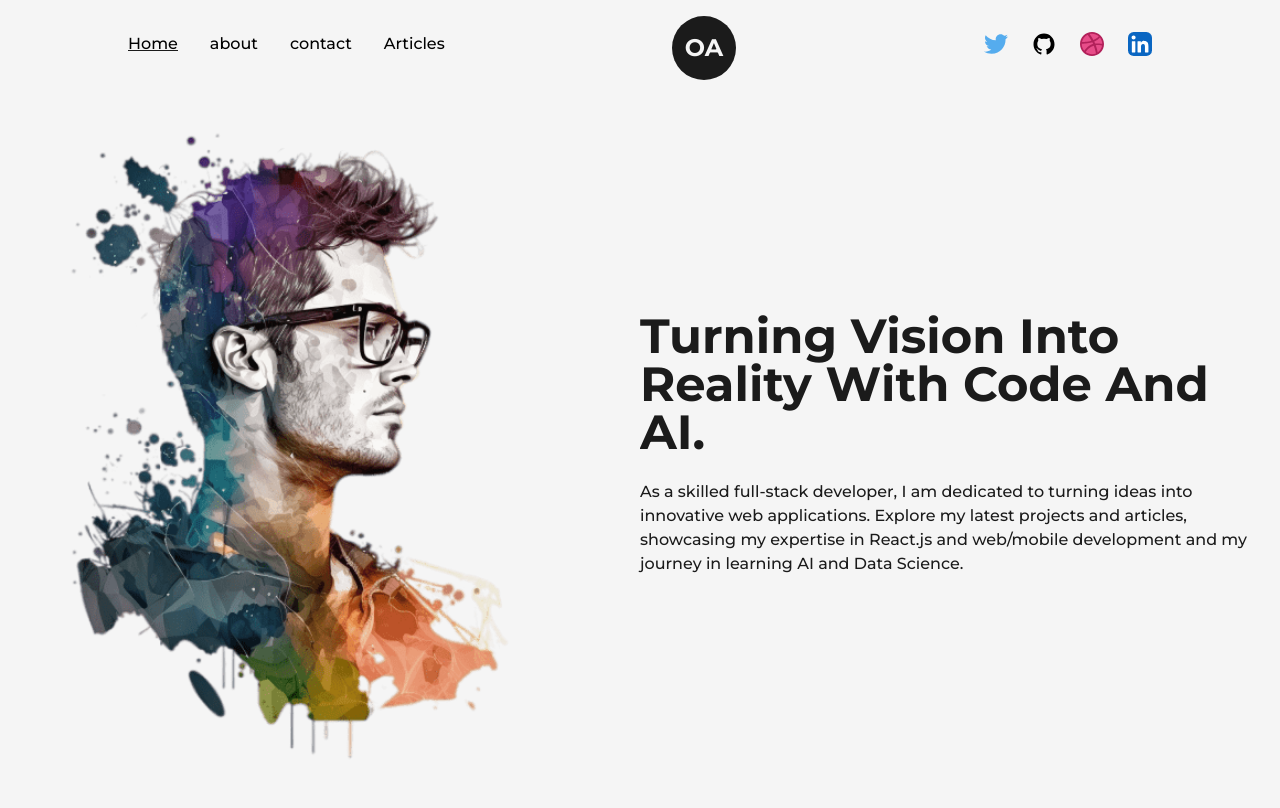
Repository: OussamaAbderraoufAttia/Next.js-Developer-Portfolio
Page: /
The author's editor kept a copy of each file at every save. The page is drawn from the files as they stood at one save, then again after a run of saves.
The browser window is 1280 px wide. The pictures show the whole page.
The project was rebuilt for these pictures with package versions that can differ from the ones it lists, and the page was loaded fresh each time. The framework's server and built-in components were replaced by stand-ins that run in the browser. Also part of the build but not shown: next.config.js.

Above is the page before, as saved 2023-06-24 23:58:23.

### src/pages/_app.js
import NavBar from '@/components/NavBar'
import '@/styles/globals.css'
import { Montserrat } from 'next/font/google'
import Head from 'next/head'


const montserrat = Montserrat({
  subsets: ['latin'],
  variable: "--font-mont"
})
export default function App({ Component, pageProps }) {
  return (
    <>
    <Head>
      <meta name="viewport" content="width=device-width, initial-scale=1" />
      <link rel="icon" href="/favicon.ico" />
    </Head>
    <main className={`${montserrat.variable} font-mont bg-light w-full min-h-screen`}>
      <NavBar />
      <Component {...pageProps} />
    </main>
    </>
  )
}

### src/pages/index.js
import Head from 'next/head';
import Layout from '@/components/Layout';
import AnimatedText from '@/components/AnimatedText';
import Image from 'next/image';
import developerPic from '../../public/images/profile/developer-pic-1.png';

export default function Home() {
  return (
    <>
      <Head>
        <title>Oussama Abderraouf ATTIA</title>
        <meta name="description" content="Oussama Abderraouf ATTIA, 2CP student at ESI Algiers" />
      </Head>
      <main className="flex items-center text-dark w-full min-h-screen">
        <Layout>
          <div className="flex  items-center justify-between w-full">
            <div className='w-1/2'>
              <Image src={developerPic} alt="Oussama Abderraouf ATTIA" className="w-full h-auto" />
            </div>
            <div className='w-1/2 flex flex-col items-center self-center '>
              <AnimatedText text="Turning Vision Into Reality With Code And AI." className='!text-5xl !text-left'/>
              <p className='my-4 text-base font-medium'>
              As a skilled full-stack developer, I am dedicated to turning ideas into innovative web applications.
              Explore my latest projects and articles, showcasing my expertise in React.js and web/mobile development and my journey in learning AI and Data Science.
              </p>
            </div>
          </div>
        </Layout>
      </main>
    </>
  );
}

### src/components/NavBar.js
import Link from "next/link";
import React from "react";
import { useRouter } from "next/router";
import Logo from "./Logo";
import   { TwitterIcon, DribbbleIcon, GithubIcon, LinkedInIcon, PinterestIcon } from "./Icons";
import { motion } from "framer-motion";

const CustomLink = ({ href, title, className="" }) => {
    const router = useRouter();
    return (
        <Link href={href} className= {`${className} relative group `}>
            {title }
            <span className={`h-[1px] inline-block bg-dark absolute left-0 bottom-0.5 group-hover:w-full
            transiion-[width] ease duration-300 ${router.asPath === href ? "w-full" : "w-0" }
            `}> &nbsp; </span>
        </Link>
    )
}


const NavBar = () => {
    return (
        <header className="w-full px-32 py-8 font-medium flex items-center justify-between">
            <nav>
                <CustomLink href="/"  title="Home" className="mr-4"/>
                <CustomLink href="/about" title="about" className="mx-4"/>
                <CustomLink href="/contact"  title="contact" className="mx-4"/>
                <CustomLink href="/Articles"  title="Articles" className="ml-4"/>
            </nav>

            <nav className="flex item-center justify-center flex-wrap">
                <motion.a href="https://twitter.com/oussamaattia245" target={"_blank"}
                whileHover={{ y:-5  }}
                whileTap={{ scale: 0.9 }}
                className="w-6 mx-3"
                >
                    <TwitterIcon />
                 </motion.a>
                <motion.a href="https://github.com/OussamaAbderraoufAttia" target={"_blank"}
                whileHover={{ y:-5  }} whileTap={{ scale: 0.9 }}
                className="w-6 mx-3"
                > <GithubIcon /> </motion.a>
                <motion.a href="https://dribbble.com/JohnLoyd" target={"_blank"}
                whileHover={{ y:-5  }} whileTap={{ scale: 0.9 }}
                className="w-6 mx-3"
                > <DribbbleIcon /> </motion.a>
                <motion.a href="https://www.linkedin.com/in/oussama-abderraouf-attia-494b32225/" target={"_blank"}
                whileHover={{ y:-5  }} whileTap={{ scale: 0.9 }}
                className="w-6 ml-3"
                > <LinkedInIcon /> </motion.a>

            </nav>
            <div className="absolute left-[50%] top-2    translate-x-[50%]">
                 <Logo />
            </div>
        </header>
    )
}

export default NavBar;

### src/components/Layout.js
import React from 'react';

const Layout = ({ children, className = "" }) => {
  return (
    <div className={` w-full h-full inline-block z-0 bg-light ${className}`}>
      {children}
    </div>
  );
};

export default Layout;

### src/components/AnimatedText.js
import React from 'react';
import { motion } from 'framer-motion';

const quote = {
    initial:{
        opacity:0,
    },
    animate:{
        opacity:1,
        transition:{
            delay:0.5,
            staggerChildren: 0.08,
        }
    }
}
const singleWord  = {
    initial:{
        opacity:0,
        y: 50,
    },
    animate:{
        opacity:1,
        y:0,
        transition:{
            duration: 1,
        }
    }
}
const AnimatedText = ({ text, className = "" }) => {
  return (
    <div className='w-full mx-auto py-2 flex items-center justify-center text-center overflow-hidden'>
      <motion.h1 className={`inline-block text-dark font-bold capitalize text-8xl ${className}`}
      variants={quote}
      inherit='initial'
      animate='animate'
      >
        {text.split(" ").map((word, index) =>
          <span key={word + '-' + index} className='inline-block '
          variants={singleWord}
            inherit='initial'
            animate='animate'
          >
            {word}&nbsp;
          </span>
        )}
      </motion.h1>
    </div>
  );
};

export default AnimatedText;

### src/components/Logo.js
import React from "react";
import Link from "next/link";
import { motion } from "framer-motion";



const MotionLink = motion(Link);
const Logo = () => {
  return (
    <div className="flex items-center justify-center mt-2">
      <MotionLink
        href="/"
        className="w-16 h-16 bg-dark text-light flex items-center justify-center rounded-full font-bold text-2xl"
        whileHover={{
            backgroundColor:["#121212", "rgba(131,58,180,1)","rgba(253,29,29,1)","rgba(252,176,69,1)","rgba(131,58,180,1)", "#121212"],
          transition: {
            duration: 1,
            repeat: Infinity,
          },
        }}
      >
        OA
      </MotionLink>
    </div>
  );
};

export default Logo;

### tailwind.config.js
/** @type {import('tailwindcss').Config} */
const {fontFamily} = require('tailwindcss/defaultTheme')

module.exports = {
  content: [
    // Or if using `src` directory:
    "./src/**/*.{js,ts,jsx,tsx,mdx}",
  ],
  theme: {
    extend: {
      fontFamily: {
        mont: ['var(--font-mont)', 'sans-serif'],
      },
        colors: {
          dark: "#1b1b1b",
          light: "#f5f5f5",
          primary: "#B63E96", // 240,86,199
          primaryDark: "#58E6D9", // 80,230,217
      },
    },
  },
  plugins: [],
}

Loaded but not shown: src/pages/_document.js (common file); src/styles/globals.css (common file); src/components/Icons.js (483 lines, source omitted)

After the next 2 saves:
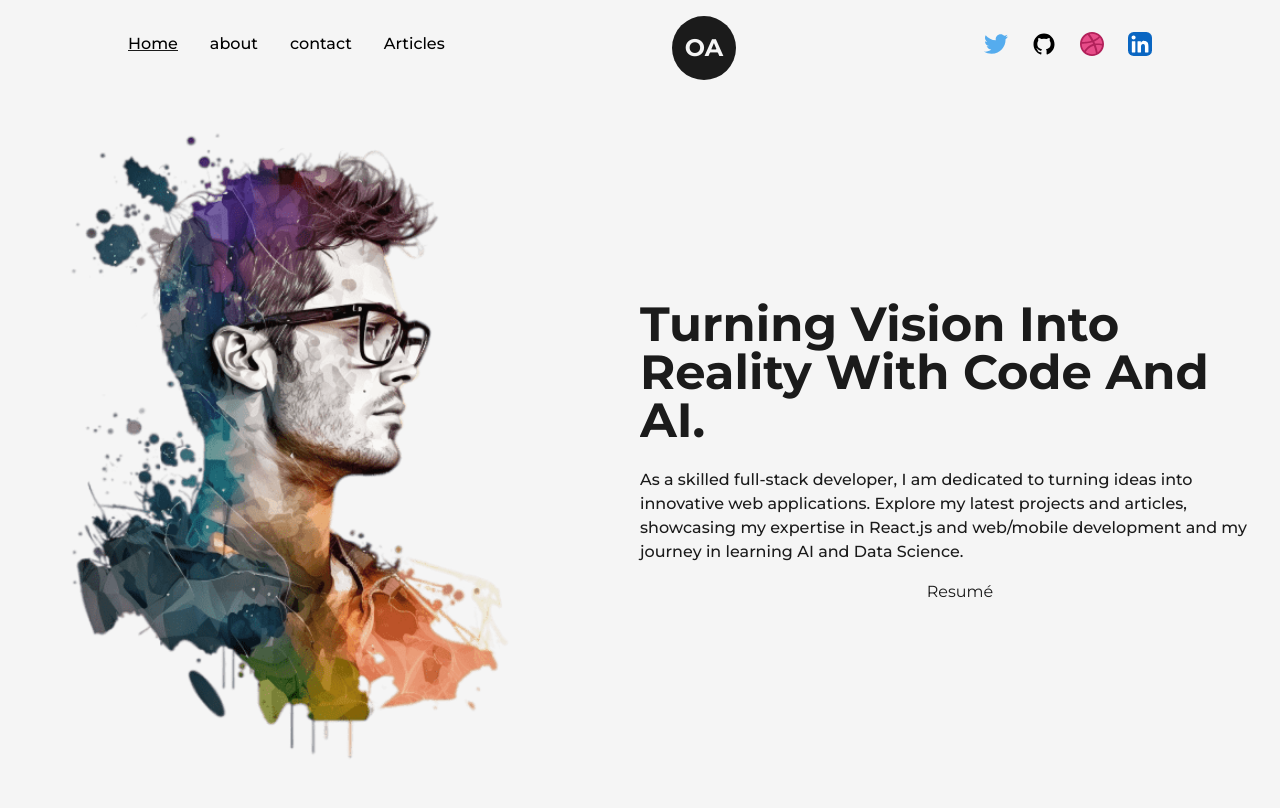
The 2 saves are shown as one change because 1 did not build or start.
The last was saved 69 s later.
--- a/src/pages/index.js
+++ b/src/pages/index.js
@@ -3,6 +3,8 @@
 import AnimatedText from '@/components/AnimatedText';
 import Image from 'next/image';
 import developerPic from '../../public/images/profile/developer-pic-1.png';
+import Link from 'next/link';
+
 
 export default function Home() {
   return (
@@ -23,6 +25,9 @@
               As a skilled full-stack developer, I am dedicated to turning ideas into innovative web applications.
               Explore my latest projects and articles, showcasing my expertise in React.js and web/mobile development and my journey in learning AI and Data Science.
               </p>
+              <div>
+                <Link href='/dummy.pdf'> Resumé </Link>
+              </div>
             </div>
           </div>
         </Layout>
